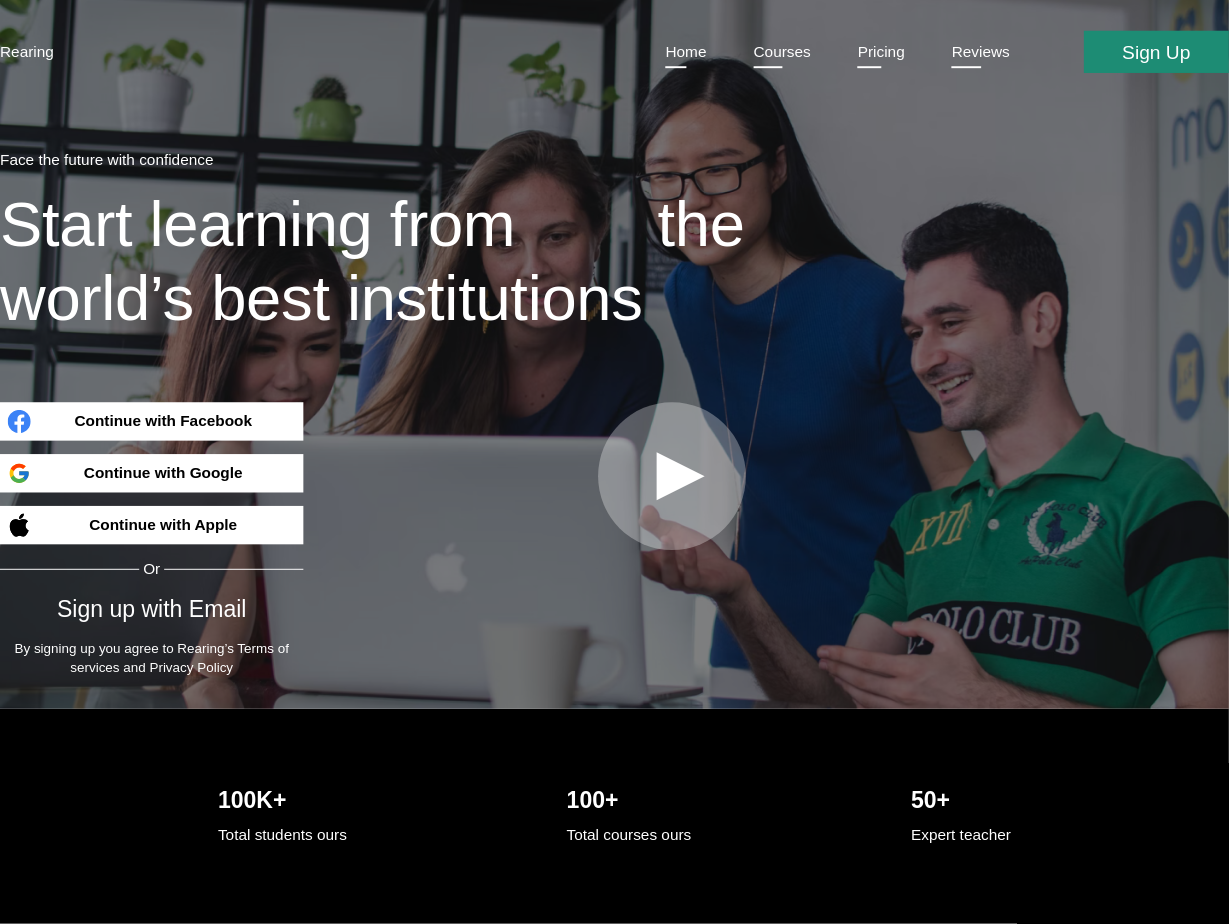
Repository: vandangnhathung/educationplatform
Page: /
An editor plug-in stored every save of this project. The page is shown before and after a run of saves, followed by the edit.
The browser window is 1280 px wide. The pictures show the whole page, at 96% of full size.
The project was rebuilt for these pictures with package versions that can differ from the ones it lists, and the page was loaded fresh each time.

Above is the page before, as saved 2022-06-21 09:01:27.

After the next 2 saves:
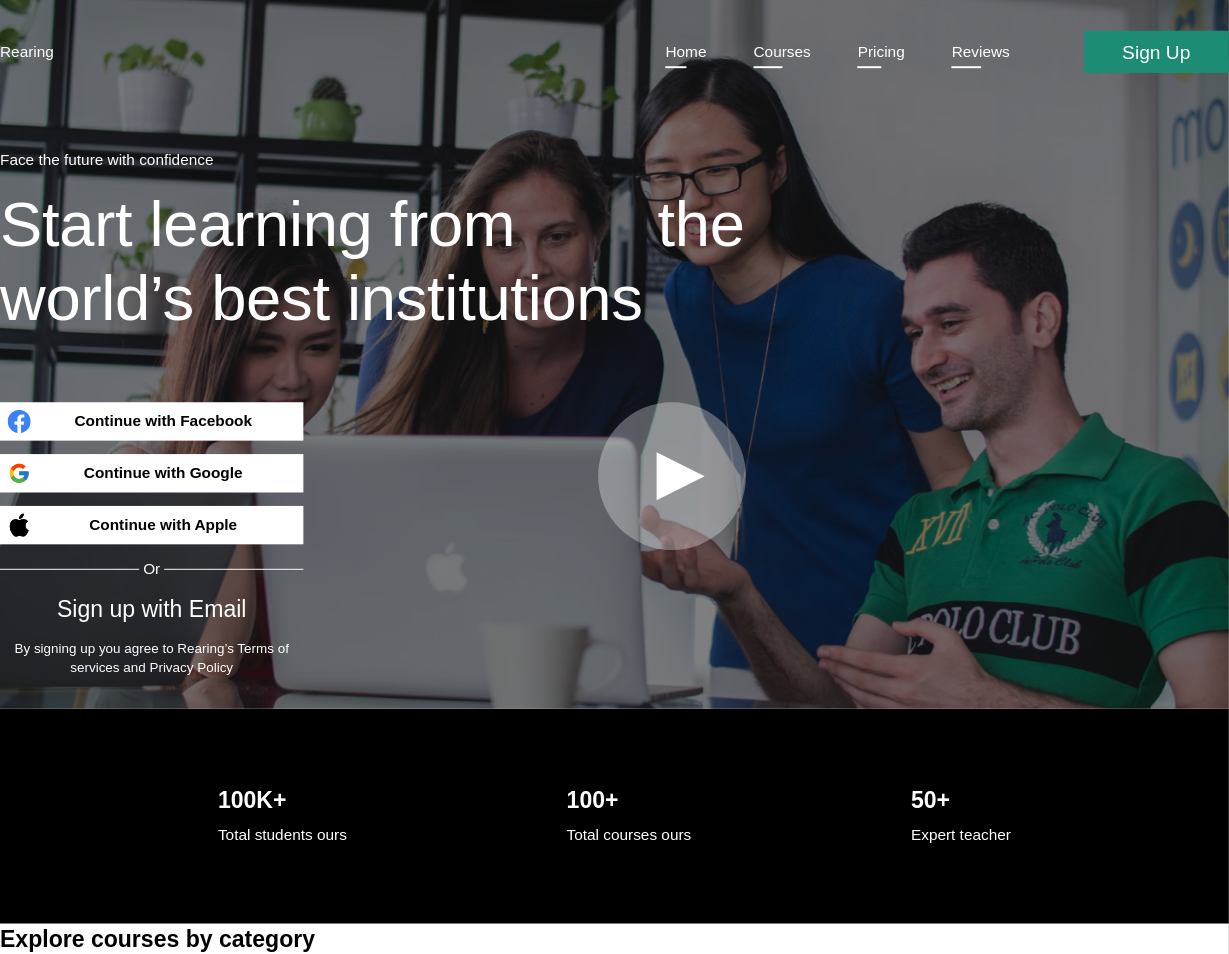
The 2 saves are shown as one change because they came seconds apart.
The last was saved 11 s later.
--- a/src/components/category/Category.js
+++ b/src/components/category/Category.js
@@ -5,7 +5,7 @@ const Category = () => {
     <div className="container mt-[180px]">
       <div className="flex flex-col gap-x-[55px]">
         <div className="flex items-center justify-between">
-          <h2 className="text-2xl font-semibold"></h2>
+          <h2 className="text-2xl font-bold">Explore courses by category</h2>
         </div>
       </div>
     </div>
